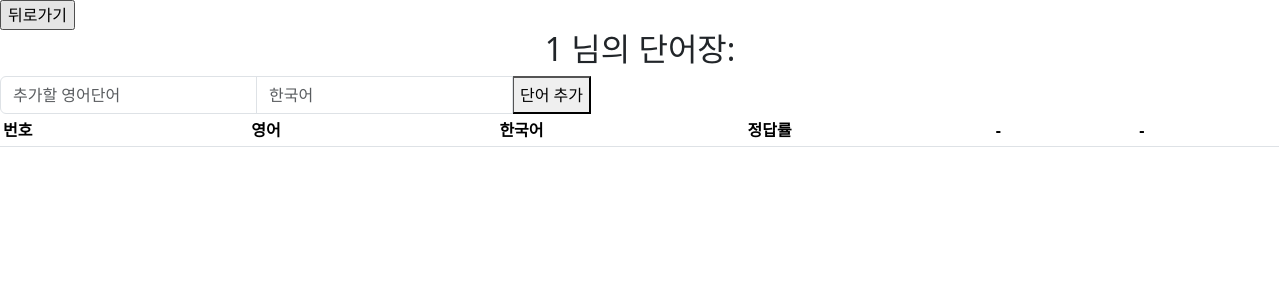
Repository: kokoko12334/myvocab-toy
Page: http://localhost/myVocabularyList/detail
An editor plug-in stored every save of this project. The page is shown before and after the next save, followed by the edit.
The browser window is 1280 px wide. The pictures show the whole page.
The page is served by Tomcat 9. The session is filled in as if someone had signed in: {"id": 1, "pwd": 1, "list": 1}. Queries for data that is not in the repository find no rows.

Above is the page before, as saved 2023-04-07 12:27:42.

After the next save:
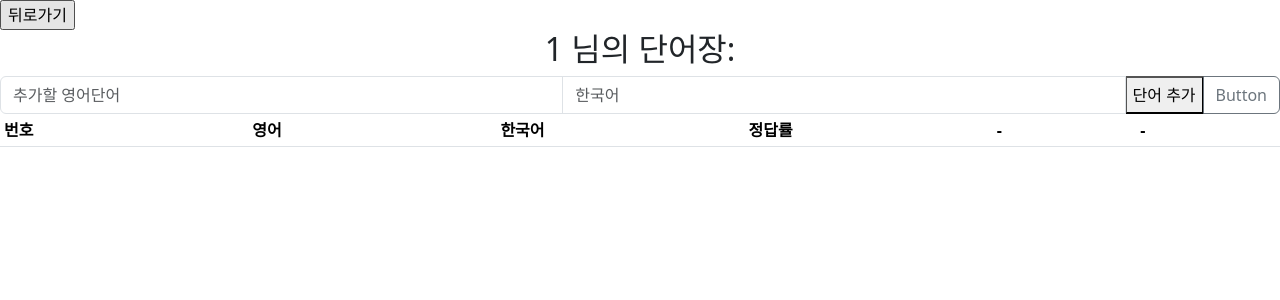
Saved 68 s later.
--- a/myVocabularyList/src/main/webapp/WEB-INF/views/myvocabulary/detail.jsp
+++ b/myVocabularyList/src/main/webapp/WEB-INF/views/myvocabulary/detail.jsp
@@ -19,7 +19,7 @@
 	<div class="col text-center">
 		<h2>${id} 님의 단어장: ${vocabName}</h2>
 	</div>
-	<div class="input-group">
+
 
 
 	<form action = "/addword" method = "post">
@@ -27,6 +27,7 @@
 		<input type = text name = "english" placeholder = "추가할 영어단어" aria-label="First name" class="form-control">
 		<input type = text name = "korean" placeholder = "한국어" aria-label="Last name" class="form-control">
 		<input type = submit value = "단어 추가">
+		<button class="btn btn-outline-secondary" type="button" id="button-addon2">Button</button>
 	</div>
 	</form>
 
